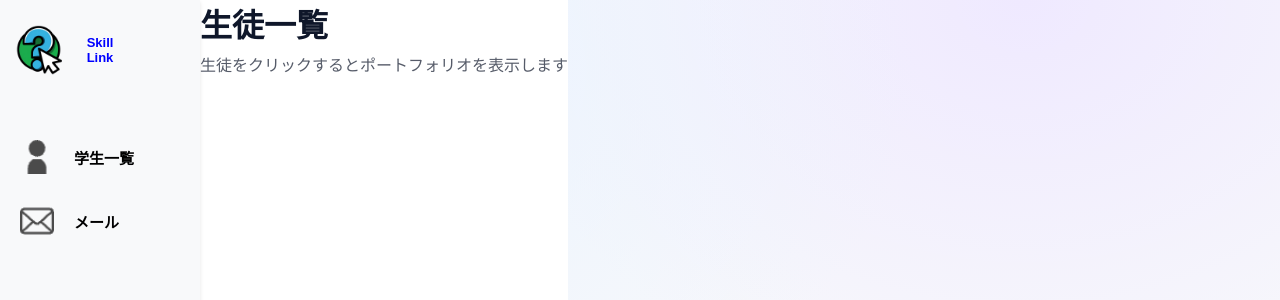
Repository: kobuchisouta/work-app
Page: /dashboard/company/students
An editor plug-in stored every save of this project. The page is shown before and after the next save, followed by the edit.
The browser window is 1280 px wide. The pictures show the whole page.
The page's requests for data from a server got no answer. The project was rebuilt for these pictures with package versions that can differ from the ones it lists, and the page was loaded fresh each time. The framework's server and built-in components were replaced by stand-ins that run in the browser. No one was signed in, and anything a server would have sent is missing. Also part of the build but not shown: next.config.ts.

Above is the page before, as saved 2026-01-28 03:01:57.

After the next save:
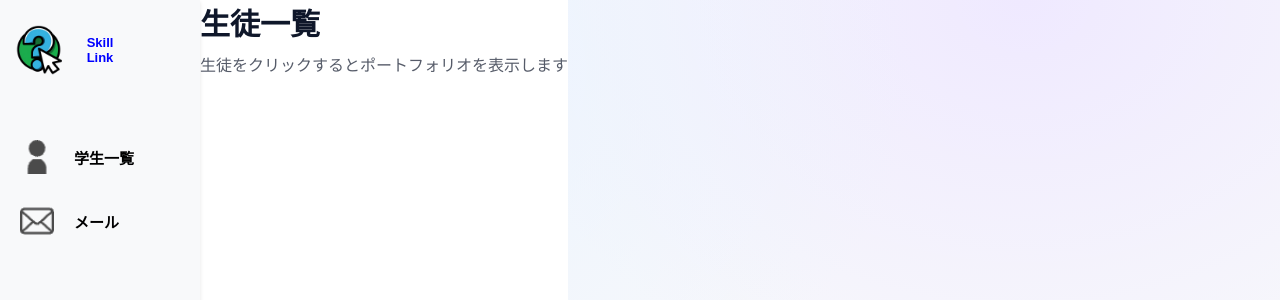
Saved 9 s later.
--- a/src/app/dashboard/company/students/students.module.css
+++ b/src/app/dashboard/company/students/students.module.css
@@ -1,51 +1,65 @@
 .page {
   width: 100%;
+  background: #fff; /* 生徒一覧は白でOK */
 }
 
 .shell {
   width: 100%;
-  max-width: 1200px; /* ✅ 画面をもっと使う */
-  margin: 0 auto;    /* ✅ 真ん中に寄せる */
+  max-width: 1200px; /* 画面をもっと使う */
+  margin: 0 auto;    /* 真ん中寄せ */
 }
 
 .h1 {
-  font-size: 32px;
+  font-size: 30px;
+  font-weight: 800;
   margin: 0;
 }
 
 .sub {
-  margin-top: 6px;
+  margin-top: 8px;
   opacity: 0.7;
 }
 
-.list {
+.grid {
   margin-top: 18px;
   display: grid;
-  grid-template-columns: repeat(auto-fill, minmax(340px, 1fr));
-  gap: 16px;
+  gap: 14px;
+  grid-template-columns: repeat(auto-fill, minmax(340px, 1fr)); /* 横幅使う */
 }
 
 .card {
+  display: block;
+  padding: 16px;
   border: 1px solid #e5e7eb;
-  border-radius: 12px;
-  padding: 14px 16px;
-  cursor: pointer;
+  border-radius: 14px;
+  text-decoration: none;
+  color: inherit;
   background: #fff;
-  transition: transform 0.15s ease, box-shadow 0.15s ease;
+  transition: transform 0.15s ease, box-shadow 0.15s ease, border-color 0.15s ease;
 }
 
 .card:hover {
   transform: translateY(-2px);
+  border-color: #cfd8e3;
   box-shadow: 0 10px 24px rgba(0, 0, 0, 0.08);
 }
 
 .name {
-  font-weight: 700;
-  margin: 0 0 6px;
+  font-weight: 800;
+  font-size: 16px;
+  margin: 0;
 }
 
 .meta {
-  margin: 0;
-  opacity: 0.75;
+  margin-top: 8px;
   font-size: 14px;
+  opacity: 0.8;
 }
+
+.state {
+  padding: 24px;
+}
+
+.error {
+  color: #d32f2f;
+}
